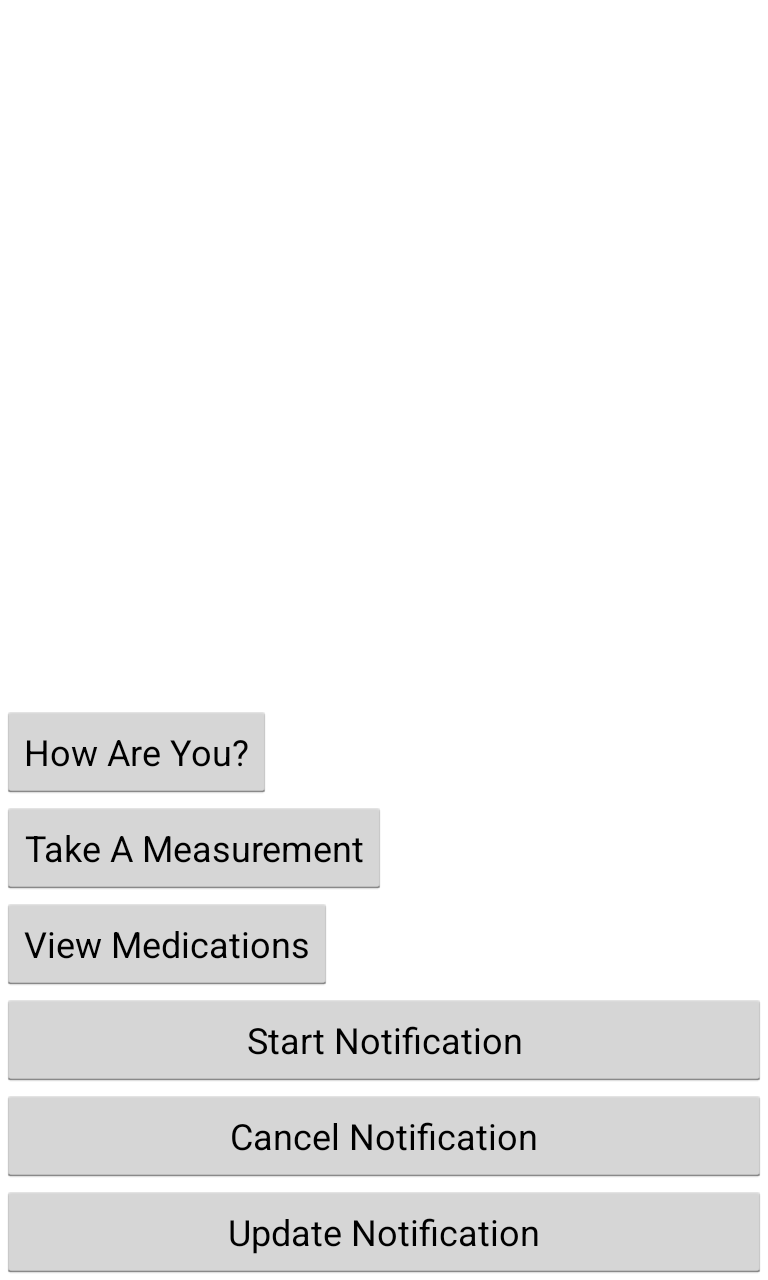
Repository: NewDay320/Lumos
Layout: src/Lumos/trunk/res/layout/activity_main.xml
The author's editor kept a copy of each file at every save. The layout is drawn from the files as they stood at one save, then again after the next save.
It is drawn on a 768 x 1280 px phone screen (xhdpi) without system bars, with theme AppTheme; the app's code is not run.

Above is the layout before, as saved 2014-03-21 00:09:56.

After the next save:
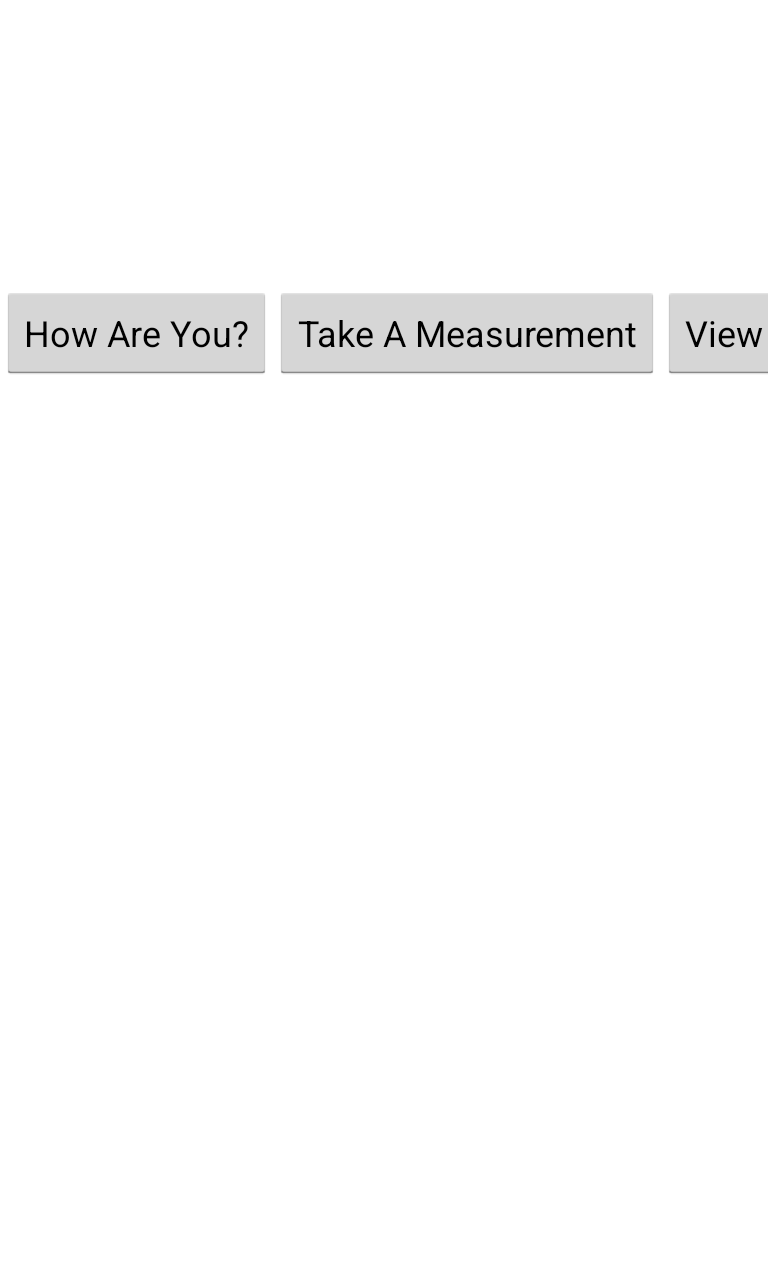
Saved 59 s later.
--- a/src/Lumos/trunk/res/layout/activity_main.xml
+++ b/src/Lumos/trunk/res/layout/activity_main.xml
@@ -2,10 +2,11 @@
     xmlns:tools="http://schemas.android.com/tools"
     android:layout_width="match_parent"
     android:layout_height="match_parent"
-    android:orientation="vertical" >
+    android:orientation="horizontal" >
 
     <EditText
         android:id="@+id/edit_message"
+        android:layout_width="0dp"
  		android:layout_height="wrap_content"
         android:layout_weight="1"
         android:hint="@string/edit_message" />
